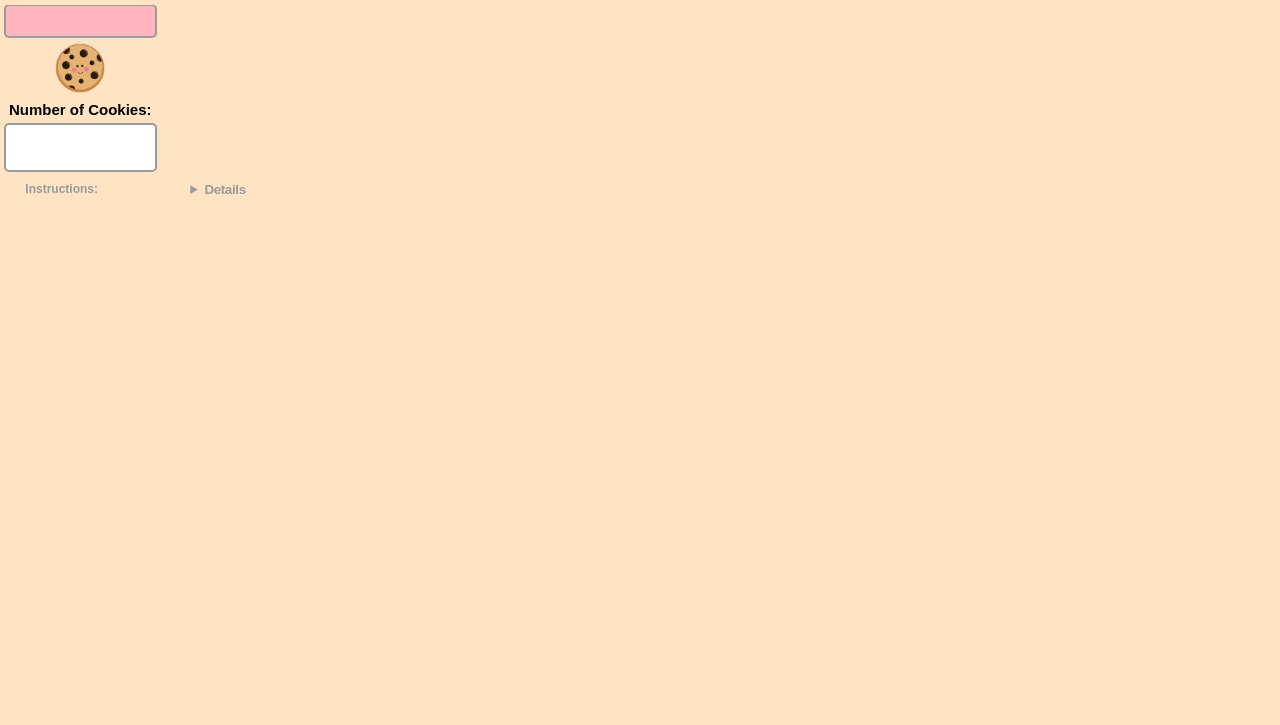
Repository: f00d4tehg0dz/elgato-streamdeck-cookie-clicker
Page: com.f00d4tehg0dz.cookieclicker.sdPlugin/cookieclicker.html
An editor plug-in stored every save of this project. The page is shown before and after the next save, followed by the edit.
The browser window is 1280 px wide. The pictures show the whole page.

Above is the page before, as saved 2022-01-28 12:15:25.

After the next save:
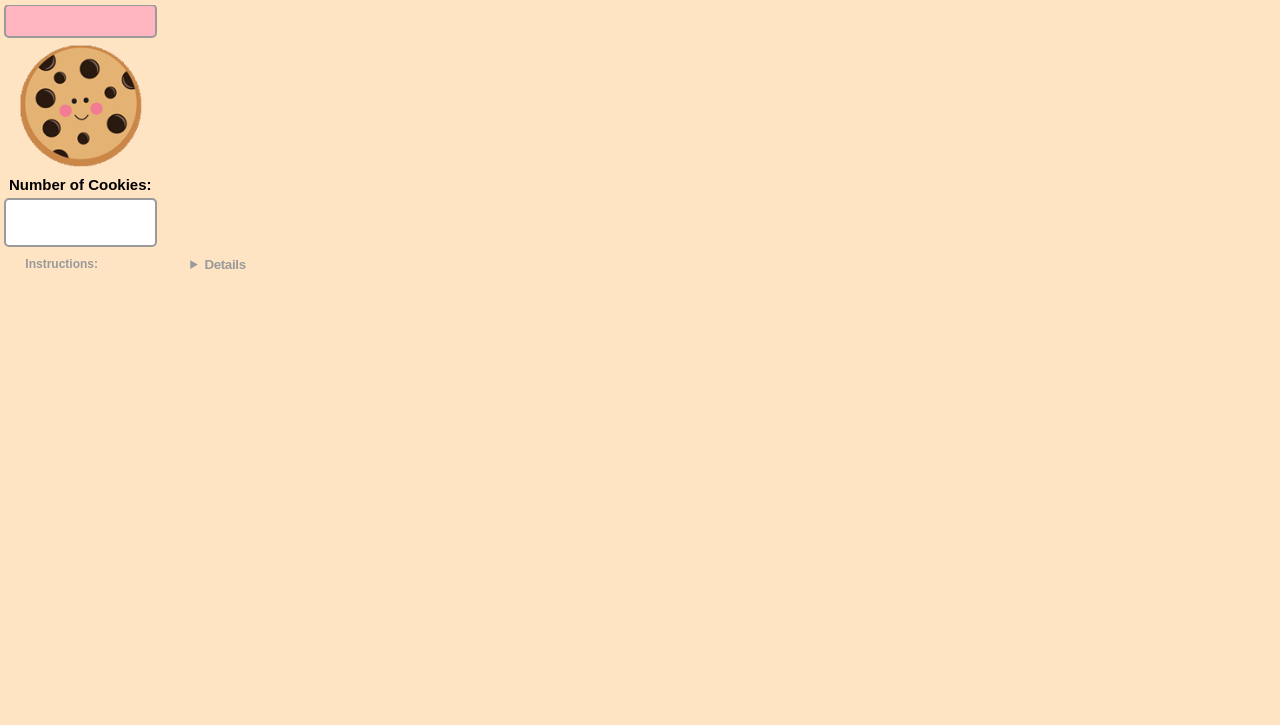
Saved 9 s later.
--- a/com.f00d4tehg0dz.cookieclicker.sdPlugin/cookieclicker.html
+++ b/com.f00d4tehg0dz.cookieclicker.sdPlugin/cookieclicker.html
@@ -17,7 +17,7 @@
         <span>
             <div id="cookieTitle"></div>
             <div id="cookie" onclick="updateButton()">
-                <img src="icon-animate.gif" width="50px"/>
+                <img src="icon-animate.gif" width="125px"/>
             </div>
             <h2>Number of Cookies:</h2>
             <div id="cookieNumbers"></div>
